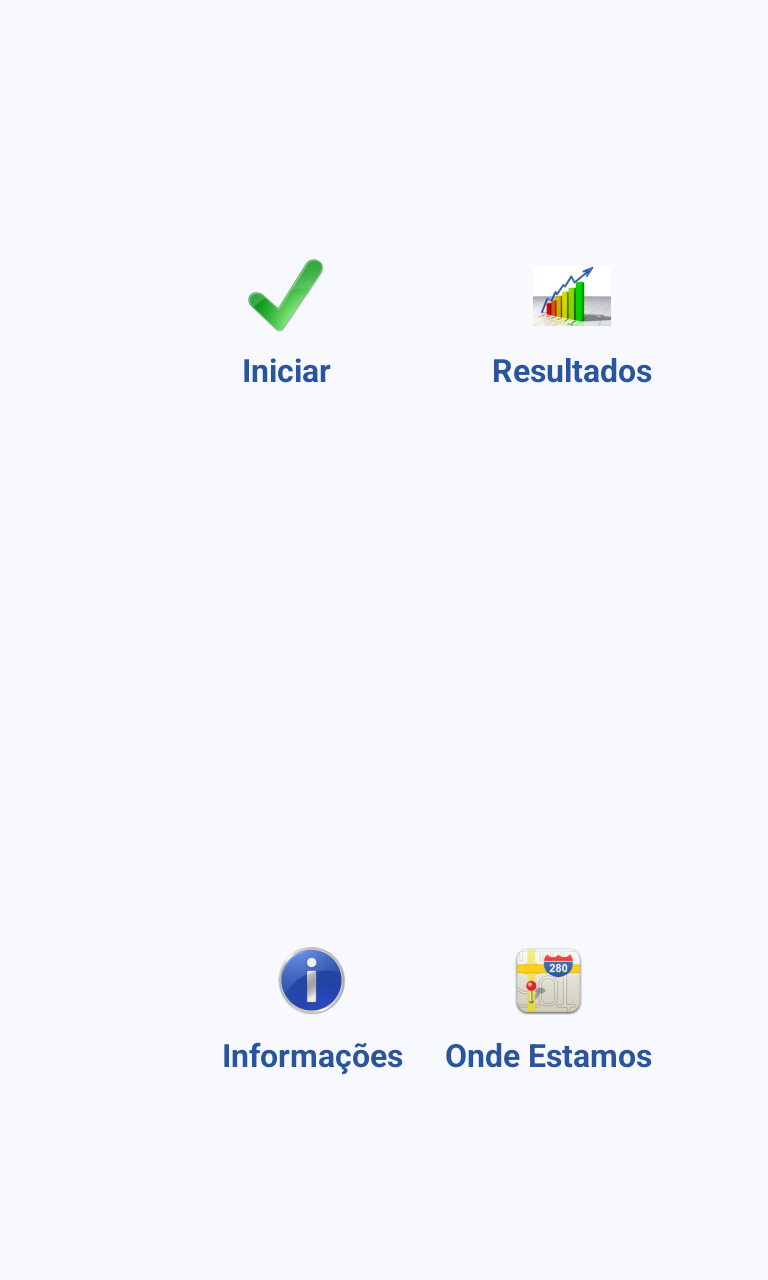
Repository: lmqs/ProjetoAndroid
Layout: TopicosProjeto/res/layout/activity_questoes.xml
An editor plug-in stored every save of this project. The layout is shown before and after the next save, followed by the edit.
It is drawn on a 768 x 1280 px phone screen (xhdpi) without system bars, with theme AppTheme; the app's code is not run.

Above is the layout before, as saved 2014-04-27 15:12:18.

After the next save:
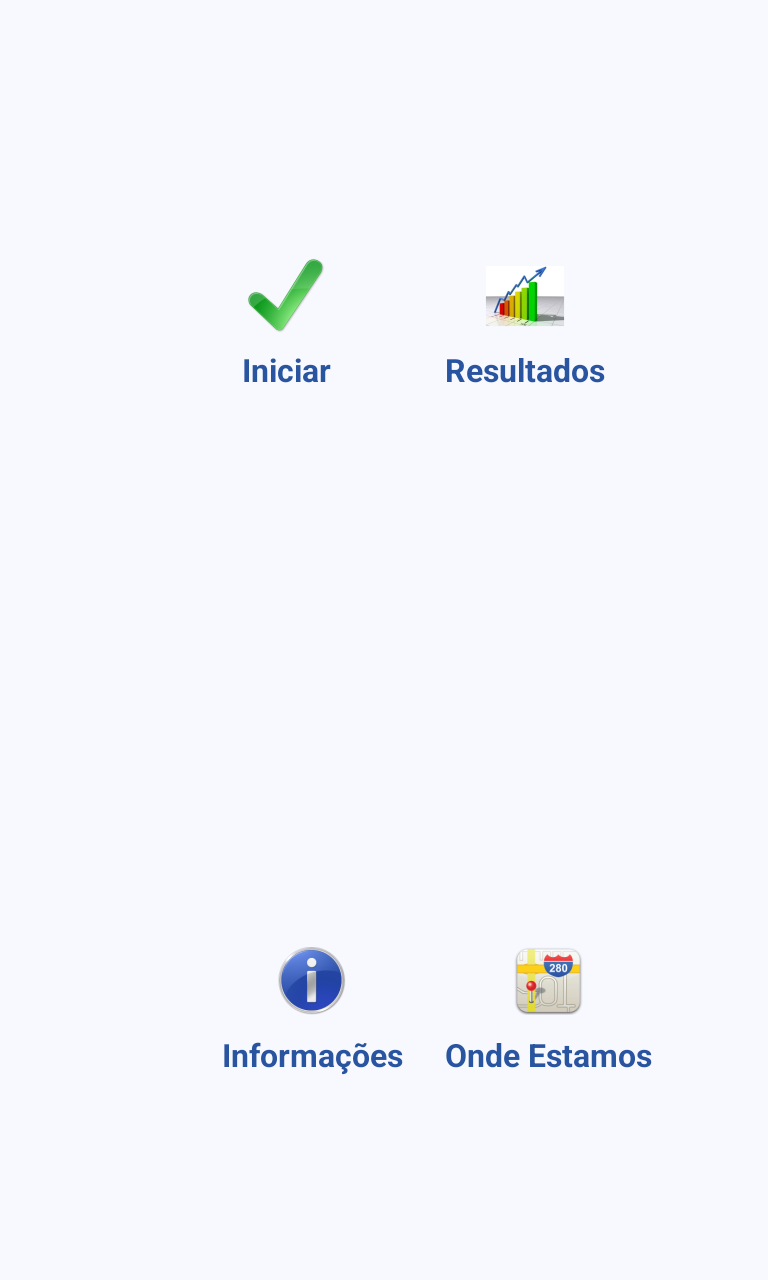
Saved 19 s later.
--- a/TopicosProjeto/res/layout/activity_questoes.xml
+++ b/TopicosProjeto/res/layout/activity_questoes.xml
@@ -10,7 +10,7 @@
     tools:context=".Questoes" >
 
     <Button
-        android:id="@+id/button1"
+        android:id="@+id/btnMaps"
         style="@style/DashboardButton"
         android:layout_width="wrap_content"
         android:layout_height="wrap_content"
@@ -23,24 +23,24 @@
         android:text="Onde Estamos" />
 
     <Button
-        android:id="@+id/button2"
+        android:id="@+id/btnInfor"
         style="@style/DashboardButton"
         android:layout_width="wrap_content"
         android:layout_height="wrap_content"
-        android:layout_alignBaseline="@+id/button1"
-        android:layout_alignBottom="@+id/button1"
+        android:layout_alignBaseline="@+id/btnMaps"
+        android:layout_alignBottom="@+id/btnMaps"
         android:layout_marginRight="21dp"
-        android:layout_toLeftOf="@+id/button1"
+        android:layout_toLeftOf="@+id/btnMaps"
         android:background="@android:color/transparent"
         android:drawableTop="@drawable/info"
         android:text="Informações" />
 
     <Button
-        android:id="@+id/button3"
+        android:id="@+id/btnIniciar"
         style="@style/DashboardButton"
         android:layout_width="wrap_content"
         android:layout_height="wrap_content"
-        android:layout_alignLeft="@+id/button2"
+        android:layout_alignLeft="@+id/btnInfor"
         android:layout_alignParentTop="true"
         android:layout_marginTop="108dp"
         android:background="@android:color/transparent"
@@ -48,13 +48,13 @@
         android:text="Iniciar" />
 
     <Button
-        android:id="@+id/button4"
+        android:id="@+id/btnResultados"
         style="@style/DashboardButton"
         android:layout_width="wrap_content"
         android:layout_height="wrap_content"
-        android:layout_alignBaseline="@+id/button3"
-        android:layout_alignBottom="@+id/button3"
-        android:layout_alignRight="@+id/button1"
+        android:layout_alignBaseline="@+id/btnIniciar"
+        android:layout_alignBottom="@+id/btnIniciar"
+        android:layout_alignLeft="@+id/btnMaps"
         android:background="@android:color/transparent"
         android:drawableTop="@drawable/resultados"
         android:text="Resultados" />
